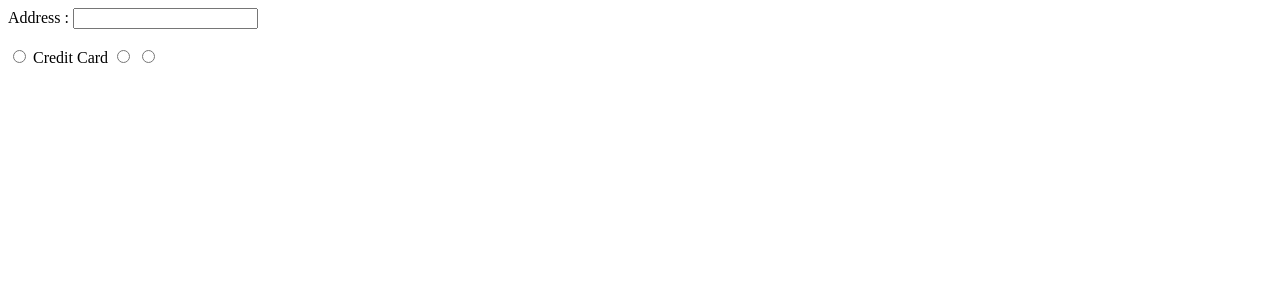
Repository: Sujith-B-S/Food-Application
Page: http://localhost/FoodApplication/checkOut.jsp
An editor plug-in stored every save of this project. The page is shown before and after the next save, followed by the edit.
The browser window is 1280 px wide. The pictures show the whole page.
The page is served by Tomcat 9. Other server files are loaded and not shown.

Above is the page before, as saved 2024-11-22 04:40:41.

### FoodApplication/src/main/webapp/checkOut.jsp
<%@ page language="java" contentType="text/html; charset=UTF-8"
    pageEncoding="UTF-8"%>
<!DOCTYPE html>
<html>
<head>
<meta charset="UTF-8">
<title>CheckOut</title>
</head>
<body>
	<form action="">
		Address : <input type = "text" name = "address"><br><br>
		<input type = "radio" id = "cc" name = "creditcard" value = "Credit Card">
		<label for = "cc">Credit Card</label>
		<input type = "radio" name = "upi" value = "UPI">
		<input type = "radio" name = "cash" value = "Cash on Delivery">

	</form>
</body>
</html>

After the next save:
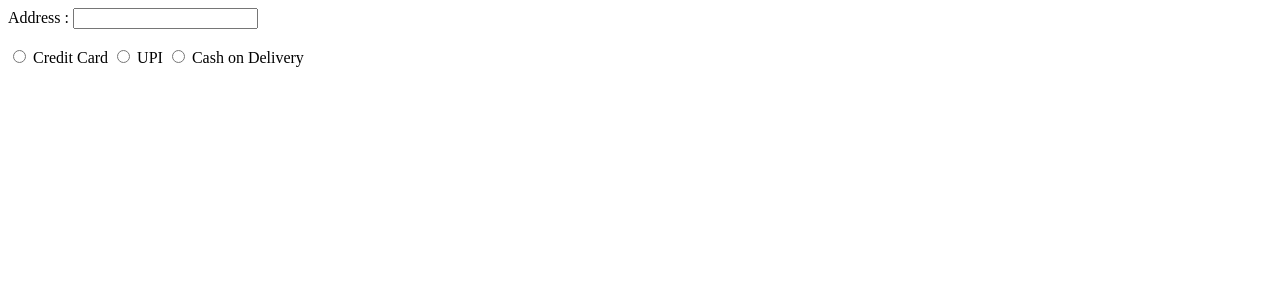
Saved 70 s later.
--- a/FoodApplication/src/main/webapp/checkOut.jsp
+++ b/FoodApplication/src/main/webapp/checkOut.jsp
@@ -11,8 +11,10 @@
 		Address : <input type = "text" name = "address"><br><br>
 		<input type = "radio" id = "cc" name = "creditcard" value = "Credit Card">
 		<label for = "cc">Credit Card</label>
-		<input type = "radio" name = "upi" value = "UPI">
-		<input type = "radio" name = "cash" value = "Cash on Delivery">
+		<input type = "radio" id = "upi" name = "upi" value = "UPI">
+		<label for = "upi">UPI</label>
+		<input type = "radio" id = "cash" name = "cash" value = "Cash on Delivery">
+		<label for = "cash">Cash on Delivery</label>
 
 	</form>
 </body>
